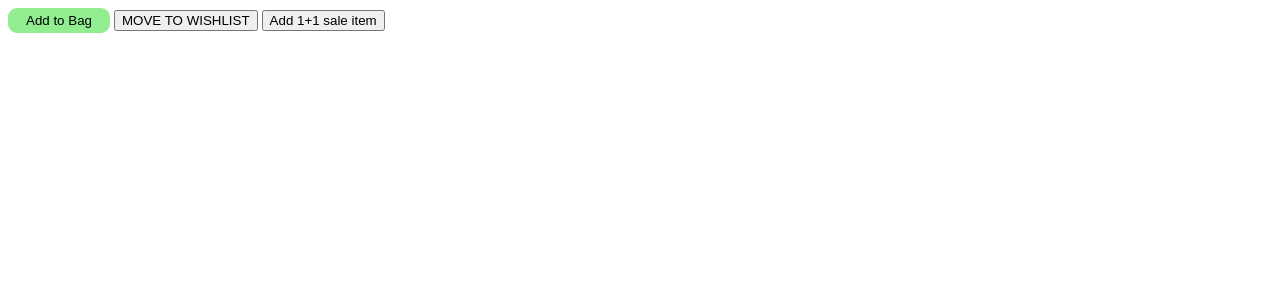
Repository: nihalani20/Learning-Js
Page: practice_set2/index.html
The author's editor kept a copy of each file at every save. The page is drawn from the files as they stood at one save, then again after a run of saves.
The browser window is 1280 px wide. The pictures show the whole page.

Above is the page before, as saved 2023-12-09 12:25:22.

### practice_set2/index.html
<!DOCTYPE html>
<html lang="en">
<head>
  <meta charset="UTF-8">
  <meta name="viewport" content="width=device-width, initial-scale=1.0">
  <title>Myntra bag exercise</title>
  <link  href="/practice_set2/style.css" rel="stylesheet">
  <link href="/practice_set2/index.js" >
</head>
<body>
  <main>
     <button class="bag" onclick="alert('Added to bag')">Add to Bag</button>
      <button class="wishlist" onclick="alert('Added to wishlist')">MOVE TO WISHLIST</button>
      <button class="item" onclick="alert('Item added')">Add 1+1 sale item</button>

  </main>
</body>
</html>

### practice_set2/style.css
.bag{
  background-color:lightgreen;
  border:none;
  padding: 5px 18px 5px 18px;
  border-radius:9px;

}

.wishlist{
  padding:
}

After the next 5 saves:
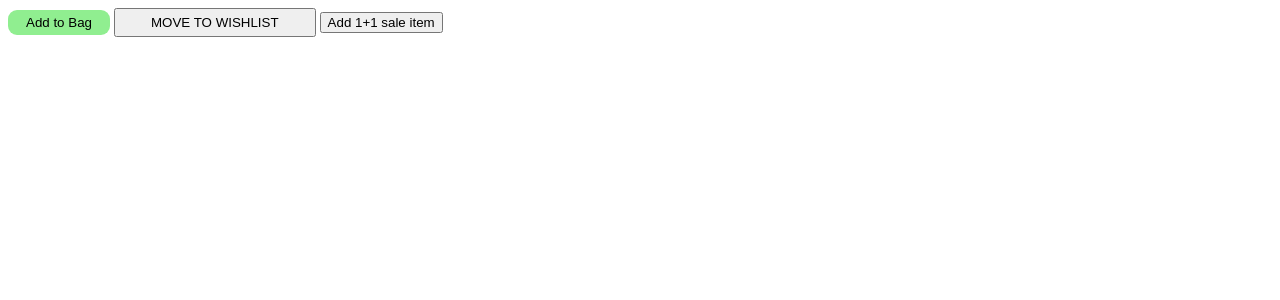
The 5 saves are shown as one change because they came seconds apart.
The last was saved 16 s later.
--- a/practice_set2/style.css
+++ b/practice_set2/style.css
@@ -7,5 +7,5 @@
 }
 
 .wishlist{
-  padding:
+  padding:5px 35px 5px 35px;
 }
